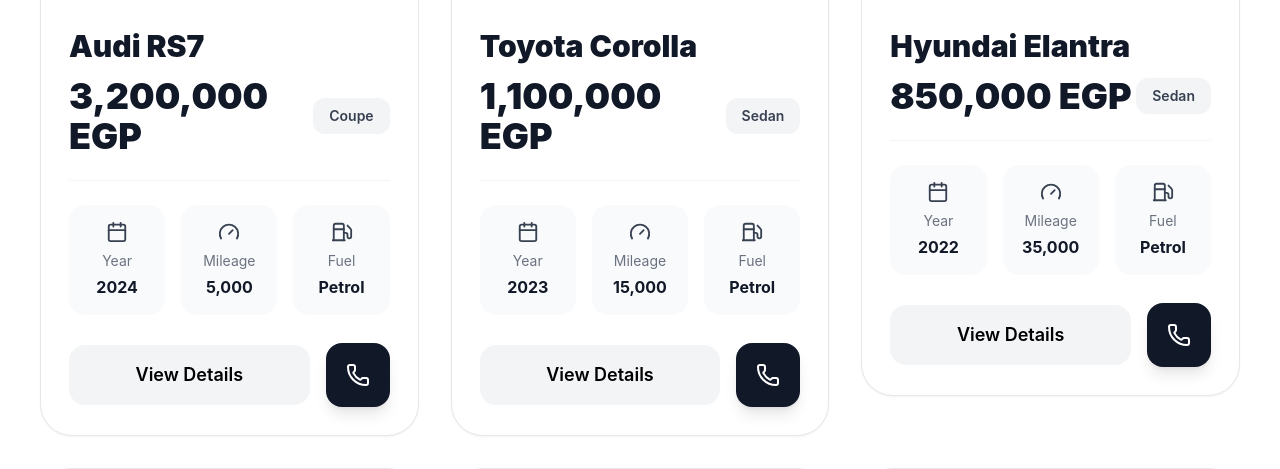
Repository: Hazem-Amr/Car-Price-Prediction
Page: / (app in frontend/)
An editor plug-in stored every save of this project. The page is shown before and after the next save, followed by the edit.
The browser window is 1280 px wide. The pictures show the part of the page from y = 2647 to 3116 px (the page is 7592 px tall).
Pictures or frames that could not be fetched are drawn as grey boxes. The project was rebuilt for these pictures with package versions that can differ from the ones it lists, and the page was loaded fresh each time. Also part of the build but not shown: frontend/vite.config.js, frontend/src/components/PricePredictorSection.jsx, frontend/src/data/userListings.js, frontend/src/components/CarsFilter.jsx, frontend/src/pages/Cars.jsx, frontend/src/pages/CarDetails.jsx, frontend/src/pages/Brands.jsx, frontend/src/pages/About.jsx and 5 more.

Above is the page before, as saved 2026-05-27 23:15:20.

### frontend/index.html
<!doctype html>
<html lang="en">
  <head>
    <meta charset="UTF-8" />
    <link rel="icon" type="image/svg+xml" href="/favicon.svg" />
    <meta name="viewport" content="width=device-width, initial-scale=1.0" />
    <title>Tara</title>
  </head>
  <body>
    <div id="root"></div>
    <script type="module" src="/src/main.jsx"></script>
  </body>
</html>

### frontend/src/App.jsx
import React from "react";
import { Routes, Route } from "react-router-dom";
import MainLayout from "./layouts/MainLayout";
import Home from "./pages/Home";
import Cars from "./pages/Cars";
import CarDetails from "./pages/CarDetails";
import Brands from "./pages/Brands";
import About from "./pages/About";
import Contact from "./pages/Contact";
import PricePredictor from "./pages/PricePredictor";
import SellCar from "./pages/SellCar";

export default function App() {
  return (
    <Routes>
      <Route path="/" element={<MainLayout />}>
        <Route index element={<Home />} />
        <Route path="/cars" element={<Cars />} />
        <Route path="/cars/:id" element={<CarDetails />} />
        <Route path="/brands" element={<Brands />} />
        <Route path="/price-predictor" element={<PricePredictor />} />
        <Route path="/sell-car" element={<SellCar />} />
        <Route path="/about" element={<About />} />
        <Route path="/contact" element={<Contact />} />
      </Route>
    </Routes>
  );
}

### frontend/src/index.css
@tailwind base;
@tailwind components;
@tailwind utilities;

html,
body,
#root {
  width: 100%;
  min-height: 100%;
  margin: 0;
  padding: 0;
  overflow-x: hidden;
}

body {
  font-family: Inter, sans-serif;
  background: #ffffff;
}

* {
  box-sizing: border-box;
}

### frontend/src/layouts/MainLayout.jsx
import React from "react";
import { Outlet } from "react-router-dom";
import Navbar from "../components/Navbar";
import Footer from "../components/Footer";

export default function MainLayout() {
  return (
    <div className="w-full min-h-screen bg-white overflow-x-hidden">
      <Navbar />

      <main className="w-full">
        <Outlet />
      </main>

      <Footer />
    </div>
  );
}

### frontend/src/pages/Home.jsx
import Hero from "../components/Hero";
import SearchBar from "../components/SearchBar";
import FeaturedCars from "../components/FeaturedCars";
import BrandGrid from "../components/BrandGrid";
import StatsSection from "../components/StatsSection";
import CTASection from "../components/CTASection";
import PricePredictor from "../components/PricePredictorSection";
import BrowseCategories from "../components/BrowseCategories";

export default function Home() {
  return (
    <>
      <Hero />
      <SearchBar />
      <BrowseCategories />
      <FeaturedCars />
      <BrandGrid />
      <StatsSection />
      <CTASection />
    </>
  );
}

### frontend/src/components/Navbar.jsx
import React, { useState } from "react";
import { Link, NavLink } from "react-router-dom";
import { Menu, X } from "lucide-react";
import logo from "../assets/logo.png";

const navLinks = [
  {
    name: "Home",
    path: "/",
  },

  {
    name: "Cars",
    path: "/cars",
  },

  {
    name: "Brands",
    path: "/brands",
  },

  {
    name: "AI Pricing",
    path: "/price-predictor",
  },

  {
    name: "About",
    path: "/about",
  },

  {
    name: "Contact",
    path: "/contact",
  },
];

export default function Navbar() {
  const [isOpen, setIsOpen] = useState(false);

  return (
    <header className="fixed top-0 left-0 w-full z-50 bg-white/90 backdrop-blur-xl border-b border-gray-100">
      <div className="max-w-[1400px] mx-auto px-6 md:px-10">
        <div className="flex items-center justify-between h-24">
          {/* Logo */}
          <Link to="/" className="flex items-center">
            <img src={logo} alt="Tara Logo" className="h-14 object-contain" />
          </Link>

          {/* Desktop Nav */}
          <nav className="hidden lg:flex items-center gap-10">
            {navLinks.map((link) => (
              <NavLink
                key={link.name}
                to={link.path}
                className={({ isActive }) =>
                  `text-lg font-semibold transition-all duration-300 ${
                    isActive
                      ? "text-gray-900"
                      : "text-gray-500 hover:text-gray-900"
                  }`
                }
              >
                {link.name}
              </NavLink>
            ))}

            {/* CTA */}
            <Link to="/sell-car">
              <button className="bg-gray-900 hover:bg-black text-white px-7 py-3 rounded-2xl font-semibold transition-all duration-300 shadow-lg">
                Sell Your Car
              </button>
            </Link>
          </nav>

          {/* Mobile Menu Button */}
          <button
            onClick={() => setIsOpen(!isOpen)}
            className="lg:hidden w-12 h-12 rounded-2xl bg-gray-100 flex items-center justify-center"
          >
            {isOpen ? (
              <X size={26} className="text-gray-900" />
            ) : (
              <Menu size={26} className="text-gray-900" />
            )}
          </button>
        </div>
      </div>

      {/* Mobile Menu */}
      {isOpen && (
        <div className="lg:hidden bg-white border-t border-gray-100 shadow-xl">
          <div className="px-6 py-8 flex flex-col gap-5">
            {navLinks.map((link) => (
              <NavLink
                key={link.name}
                to={link.path}
                onClick={() => setIsOpen(false)}
                className={({ isActive }) =>
                  `text-lg font-semibold transition ${
                    isActive
                      ? "text-gray-900"
                      : "text-gray-500 hover:text-gray-900"
                  }`
                }
              >
                {link.name}
              </NavLink>
            ))}

            {/* Mobile CTA */}
            <Link to="/sell-car" onClick={() => setIsOpen(false)}>
              <button className="mt-4 w-full bg-gray-900 hover:bg-black text-white h-14 rounded-2xl font-semibold transition">
                Sell Your Car
              </button>
            </Link>
          </div>
        </div>
      )}
    </header>
  );
}

### frontend/src/components/Hero.jsx
import React from "react";
import { Link } from "react-router-dom";

export default function Hero() {
  return (
    <section className="w-full bg-[#f5f5f7] py-24 overflow-hidden">
      <div className="max-w-[1400px] mx-auto px-6 md:px-10 grid lg:grid-cols-2 gap-16 items-center">
        <div>
          <h1 className="text-6xl font-black leading-tight text-gray-900 mb-8">
            Find Your
            <br />
            Perfect Car
          </h1>

          <p className="text-xl text-gray-600 leading-9 mb-10">
            Buy and sell used cars easily with a modern marketplace experience.
          </p>

          <Link to="/cars">
            <button className="bg-[#111827] hover:bg-black text-white px-8 py-5 rounded-2xl text-lg font-semibold transition-all duration-300 shadow-lg">
              Browse Cars
            </button>
          </Link>
        </div>

        <div>
          <img
            src="https://images.unsplash.com/photo-1492144534655-ae79c964c9d7"
            alt="car"
            className="w-full h-[500px] object-cover rounded-[40px] shadow-2xl"
          />
        </div>
      </div>
    </section>
  );
}

### frontend/src/components/SearchBar.jsx
import React, { useState } from "react";
import { Search } from "lucide-react";
import { useNavigate } from "react-router-dom";

import { cars } from "../data/cars";

export default function SearchBar() {
  const [search, setSearch] = useState("");
  const [brand, setBrand] = useState("");

  const navigate = useNavigate();

  // Dynamic Brands From cars.js
  const brands = [...new Set(cars.map((car) => car.name.split(" ")[0]))];

  // Handle Search
  const handleSearch = () => {
    navigate(
      `/cars?search=${encodeURIComponent(
        search,
      )}&brand=${encodeURIComponent(brand)}`,
    );
  };

  return (
    <section className="relative -mt-16 z-20">
      <div className="max-w-[1200px] mx-auto px-6">
        {/* Container */}
        <div className="bg-white rounded-[32px] shadow-2xl border border-gray-100 p-6 md:p-8">
          {/* Search Grid */}
          <div className="grid grid-cols-1 md:grid-cols-4 gap-5 items-center">
            {/* Search Input */}
            <div className="md:col-span-2">
              <input
                type="text"
                placeholder="Search cars..."
                value={search}
                onChange={(e) => setSearch(e.target.value)}
                onKeyDown={(e) => e.key === "Enter" && handleSearch()}
                className="w-full h-16 rounded-2xl border border-gray-200 px-6 text-lg outline-none focus:border-gray-900 transition"
              />
            </div>

            {/* Dynamic Brand Select */}
            <select
              value={brand}
              onChange={(e) => setBrand(e.target.value)}
              className="h-16 rounded-2xl border border-gray-200 px-5 text-lg outline-none focus:border-gray-900 transition bg-white"
            >
              <option value="">Brand</option>

              {brands.map((brandName) => (
                <option key={brandName} value={brandName}>
                  {brandName}
                </option>
              ))}
            </select>

            {/* Search Button */}
            <button
              onClick={handleSearch}
              className="h-16 rounded-2xl bg-gray-900 hover:bg-black transition text-white font-semibold text-lg flex items-center justify-center gap-3 shadow-lg"
            >
              <Search size={22} />
              Search
            </button>
          </div>

          {/* Bottom Filters */}
          <div className="flex flex-wrap items-center gap-4 mt-6">
            <button
              onClick={() => navigate("/cars?search=suv")}
              className="px-5 py-2 rounded-full bg-gray-100 hover:bg-gray-900 hover:text-white transition font-medium"
            >
              SUV
            </button>

            <button
              onClick={() => navigate("/cars?search=sedan")}
              className="px-5 py-2 rounded-full bg-gray-100 hover:bg-gray-900 hover:text-white transition font-medium"
            >
              Sedan
            </button>

            <button
              onClick={() => navigate("/cars?search=automatic")}
              className="px-5 py-2 rounded-full bg-gray-100 hover:bg-gray-900 hover:text-white transition font-medium"
            >
              Automatic
            </button>

            <button
              onClick={() => navigate("/cars")}
              className="px-5 py-2 rounded-full bg-gray-100 hover:bg-gray-900 hover:text-white transition font-medium"
            >
              Used Cars
            </button>
          </div>
        </div>
      </div>
    </section>
  );
}

### frontend/src/components/FeaturedCars.jsx
import React, { useState } from "react";
import { Link } from "react-router-dom";
import CarCard from "./CarCard";
import { cars } from "../data/cars";

const tabs = [
  {
    id: "all",
    label: "Featured Cars",
  },

  {
    id: "latest",
    label: "Latest Listings",
  },

  {
    id: "luxury",
    label: "Luxury Cars",
  },

  {
    id: "budget",
    label: "Budget Cars",
  },
];

export default function FeaturedCars() {
  const [activeTab, setActiveTab] = useState("all");

  const filteredCars =
    activeTab === "all"
      ? cars
      : cars.filter((car) => car.category === activeTab);

  return (
    <section className="py-24 bg-white">
      <div className="max-w-[1400px] mx-auto px-6 md:px-10">
        {/* Header */}
        <div className="flex flex-col lg:flex-row lg:items-center lg:justify-between gap-8 mb-14">
          {/* Title */}
          <div>
            <h2 className="text-5xl font-black text-gray-900 mb-4">
              Explore Cars
            </h2>

            <p className="text-xl text-gray-500">
              Discover premium listings tailored for you
            </p>
          </div>

          {/* Tabs */}
          <div className="flex flex-wrap gap-4">
            {tabs.map((tab) => (
              <button
                key={tab.id}
                onClick={() => setActiveTab(tab.id)}
                className={`px-6 py-3 rounded-2xl font-semibold transition-all duration-300 ${
                  activeTab === tab.id
                    ? "bg-gray-900 text-white shadow-lg"
                    : "bg-gray-100 text-gray-700 hover:bg-gray-100 hover:text-gray-900"
                }`}
              >
                {tab.label}
              </button>
            ))}
          </div>
        </div>

        {/* Cars Grid */}
        <div className="grid grid-cols-1 md:grid-cols-2 xl:grid-cols-3 gap-8">
          {filteredCars.map((car) => (
            <div
              key={car.id}
              className="hover:-translate-y-2 transition duration-300"
            >
              <CarCard car={car} />
            </div>
          ))}
        </div>

        {/* Bottom CTA */}
        <div className="flex justify-center mt-16">
          <Link to="/cars">
            <button className="bg-gray-100 hover:bg-gray-900 hover:text-white transition-all duration-300 px-8 py-4 rounded-2xl font-semibold text-lg">
              View All Cars
            </button>
          </Link>
        </div>
      </div>
    </section>
  );
}

### frontend/src/components/StatsSection.jsx
import React from "react";
import { Car, Users, BadgeCheck, Headphones } from "lucide-react";

const stats = [
  {
    value: "25K+",
    label: "Cars Listed",
    icon: Car,
  },
  {
    value: "10K+",
    label: "Happy Clients",
    icon: Users,
  },
  {
    value: "120+",
    label: "Brands",
    icon: BadgeCheck,
  },
  {
    value: "24/7",
    label: "Support",
    icon: Headphones,
  },
];

export default function StatsSection() {
  return (
    <section className="py-24 bg-[#f5f5f7]">
      <div className="max-w-[1400px] mx-auto px-6 md:px-10">
        {/* Header */}
        <div className="text-center mb-16">
          <h2 className="text-5xl font-black text-gray-900 mb-5">
            Trusted By Thousands
          </h2>

          <p className="text-xl text-gray-500">
            Egypt's leading car marketplace platform
          </p>
        </div>

        {/* Stats */}
        <div className="grid grid-cols-1 sm:grid-cols-2 lg:grid-cols-4 gap-8">
          {stats.map((item) => {
            const Icon = item.icon;

            return (
              <div
                key={item.label}
                className="bg-white rounded-3xl p-10 shadow-sm border border-gray-100 hover:shadow-2xl hover:-translate-y-2 transition-all duration-300"
              >
                {/* Icon */}
                <div className="w-16 h-16 rounded-2xl bg-gray-100 flex items-center justify-center mb-8">
                  <Icon size={32} className="text-gray-900" />
                </div>

                {/* Number */}
                <h3 className="text-5xl font-black text-gray-900 mb-4">
                  {item.value}
                </h3>

                {/* Label */}
                <p className="text-gray-500 text-lg">{item.label}</p>
              </div>
            );
          })}
        </div>
      </div>
    </section>
  );
}

### frontend/src/components/CTASection.jsx
import React from "react";
import { Link } from "react-router-dom";
import ctaCar from "../assets/cta-car.png";

export default function CTASection() {
  return (
    <section className="py-24 bg-white overflow-hidden">
      <div className="max-w-[1400px] mx-auto px-6 md:px-10">
        {/* CTA Card */}
        <div className="relative overflow-hidden rounded-[40px] bg-gradient-to-br from-[#0f172a] via-[#111827] to-[#1e293b] px-10 py-20 md:px-20">
          {/* Background Glow */}
          <div className="absolute top-0 right-0 w-[500px] h-[500px] bg-blue-500/10 rounded-full blur-3xl"></div>

          {/* Grid */}
          <div className="relative z-10 grid lg:grid-cols-2 gap-10 items-center">
            {/* LEFT CONTENT */}
            <div>
              {/* Badge */}
              <div className="inline-flex items-center gap-2 bg-white/10 backdrop-blur px-5 py-2 rounded-full text-white text-sm font-medium mb-8">
                Premium Marketplace
              </div>

              {/* Heading */}
              <h2 className="text-5xl md:text-6xl font-black text-white leading-tight mb-8">
                Ready To Find
                <br />
                Your Dream Car?
              </h2>

              {/* Text */}
              <p className="text-xl text-gray-300 leading-9 mb-12 max-w-2xl">
                Browse thousands of verified premium listings from trusted
                dealers across Egypt.
              </p>

              {/* Buttons */}
              <div className="flex flex-wrap gap-5">
                {/* Explore Cars */}
                <Link to="/cars">
                  <button className="bg-white text-gray-900 hover:bg-gray-200 transition-all duration-300 px-8 py-5 rounded-2xl text-lg font-semibold shadow-xl">
                    Explore Cars
                  </button>
                </Link>

                {/* Sell Your Car */}
                <Link to="/sell-car">
                  <button className="bg-white/10 hover:bg-white hover:text-gray-900 text-white transition-all duration-300 px-8 py-5 rounded-2xl text-lg font-semibold backdrop-blur border border-white/10">
                    Sell Your Car
                  </button>
                </Link>
              </div>
            </div>

            {/* RIGHT SIDE */}
            <div className="relative hidden lg:flex items-center justify-center">
              {/* Large Glow */}
              <div className="absolute w-[500px] h-[500px] bg-blue-500/20 blur-3xl rounded-full"></div>

              {/* Car PNG */}
              <img
                src={ctaCar}
                alt="Luxury Car"
                className="relative z-10 w-[720px] object-contain drop-shadow-[0_40px_80px_rgba(0,0,0,0.55)] hover:scale-105 transition duration-700"
              />

              {/* Floating Card */}
              <div className="absolute bottom-10 left-0 bg-white rounded-3xl px-6 py-5 shadow-2xl z-20">
                <p className="text-gray-500 text-sm mb-1">Premium Listings</p>

                <h3 className="text-4xl font-black text-gray-900">25K+</h3>
              </div>

              {/* Floating Badge */}
              <div className="absolute top-16 right-10 bg-white/10 backdrop-blur border border-white/10 text-white px-5 py-3 rounded-2xl z-20">
                Verified Dealers
              </div>
            </div>
          </div>
        </div>
      </div>
    </section>
  );
}

### frontend/src/data/cars.js
export const cars = [
  {
    id: 1,
    name: "BMW X5 2024",
    price: "6,850,000 EGP",
    image:
      "https://media.ed.edmunds-media.com/bmw/x5/2024/oem/2024_bmw_x5_4dr-suv_xdrive40i_fq_oem_1_815.jpg",
    year: 2024,
    km: "10,000",
    transmission: "Automatic",
    bodyType: "SUV",
    fuelType: "Petrol",
    color: "Blue",
    condition: "Excellent",
    phone: "+201012345678",
  },

  {
    id: 2,
    name: "Mercedes C200",
    price: "4,200,000 EGP",
    image:
      "https://legion-images.hatla2ee.com/original_image/3497b43a-1a5c-475b-a8b5-821b7f71e9b2/large.jpg",
    year: 2023,
    km: "20,000",
    transmission: "Automatic",
    bodyType: "Sedan",
    fuelType: "Petrol",
    color: "White",
    condition: "Excellent",
    phone: "+201098765432",
  },

  {
    id: 3,
    name: "Kia Sportage",
    price: "1,850,000 EGP",
    image: "https://cdn.motor1.com/images/mgl/133GM/s1/2022-kia-sportage.jpg",
    year: 2022,
    km: "40,000",
    transmission: "Automatic",
    bodyType: "SUV",
    fuelType: "Petrol",
    color: "Gray",
    condition: "Good",
    phone: "+201011122233",
  },

  {
    id: 4,
    name: "Audi RS7",
    price: "3,200,000 EGP",
    image:
      "https://platform.cstatic-images.com/in/v2/stock_photos/72330740-8105-498b-987c-46354017d84c/c6452ec9-9a91-4b72-b6c9-63858634519f.png",
    year: 2024,
    km: "5,000",
    transmission: "Automatic",
    bodyType: "Coupe",
    fuelType: "Petrol",
    color: "Red",
    condition: "Excellent",
    phone: "+201055566677",
  },

  {
    id: 5,
    name: "Toyota Corolla",
    price: "1,100,000 EGP",
    image: "https://images.unsplash.com/photo-1494905998402-395d579af36f",
    year: 2023,
    km: "15,000",
    transmission: "Automatic",
    bodyType: "Sedan",
    fuelType: "Petrol",
    color: "Silver",
    condition: "Excellent",
    phone: "+201022233344",
  },

  {
    id: 6,
    name: "Hyundai Elantra",
    price: "850,000 EGP",
    image: "https://images.unsplash.com/photo-1549399542-7e3f8b79c341",
    year: 2022,
    km: "35,000",
    transmission: "Automatic",
    bodyType: "Sedan",
    fuelType: "Petrol",
    color: "Blue",
    condition: "Good",
    phone: "+201077788899",
  },

  {
    id: 7,
    name: "Porsche Cayenne",
    price: "4,100,000 EGP",
    image: "https://images.unsplash.com/photo-1502161254066-6c74afbf07aa",
    year: 2024,
    km: "2,000",
    transmission: "Automatic",
    bodyType: "SUV",
    fuelType: "Petrol",
    color: "Black",
    condition: "Excellent",
    phone: "+201066677788",
  },

  {
    id: 8,
    name: "Range Rover Sport",
    price: "5,300,000 EGP",
    image: "https://images.unsplash.com/photo-1511919884226-fd3cad34687c",
    year: 2024,
    km: "1,000",
    transmission: "Automatic",
    bodyType: "SUV",
    fuelType: "Hybrid",
    color: "White",
    condition: "Excellent",
    phone: "+201044455566",
  },

  {
    id: 9,
    name: "Nissan Sunny",
    price: "690,000 EGP",
    image: "https://images.unsplash.com/photo-1489824904134-891ab64532f1",
    year: 2021,
    km: "55,000",
    transmission: "Automatic",
    bodyType: "Sedan",
    fuelType: "Petrol",
    color: "Silver",
    condition: "Fair",
    phone: "+201099988877",
  },

  {
    id: 10,
    name: "Chevrolet Captiva",
    price: "980,000 EGP",
    image: "https://images.unsplash.com/photo-1494976388531-d1058494cdd8",
    year: 2023,
    km: "18,000",
    transmission: "Automatic",
    bodyType: "SUV",
    fuelType: "Petrol",
    color: "Gray",
    condition: "Excellent",
    phone: "+201033344455",
  },

  {
    id: 11,
    name: "Tesla Model S",
    price: "3,900,000 EGP",
    image: "https://images.unsplash.com/photo-1503736334956-4c8f8e92946d",
    year: 2024,
    km: "3,000",
    transmission: "Automatic",
    bodyType: "Sedan",
    fuelType: "Electric",
    color: "Black",
    condition: "Excellent",
    phone: "+201088899900",
  },

  {
    id: 12,
    name: "Volkswagen Golf GTI",
    price: "1,450,000 EGP",
    image: "https://images.unsplash.com/photo-1544636331-e26879cd4d9b",
    year: 2022,
    km: "25,000",
    transmission: "Automatic",
    bodyType: "Hatchback",
    fuelType: "Petrol",
    color: "Red",
    condition: "Good",
    phone: "+201011199988",
  },
];

Loaded but not shown: frontend/src/main.jsx (common file); frontend/tailwind.config.js (common file); frontend/src/components/BrandGrid.jsx (154 lines, source omitted); frontend/src/components/Footer.jsx (125 lines, source omitted); frontend/src/components/CarCard.jsx (112 lines, source omitted); frontend/src/components/BrowseCategories.jsx (160 lines, source omitted)

After the next save:
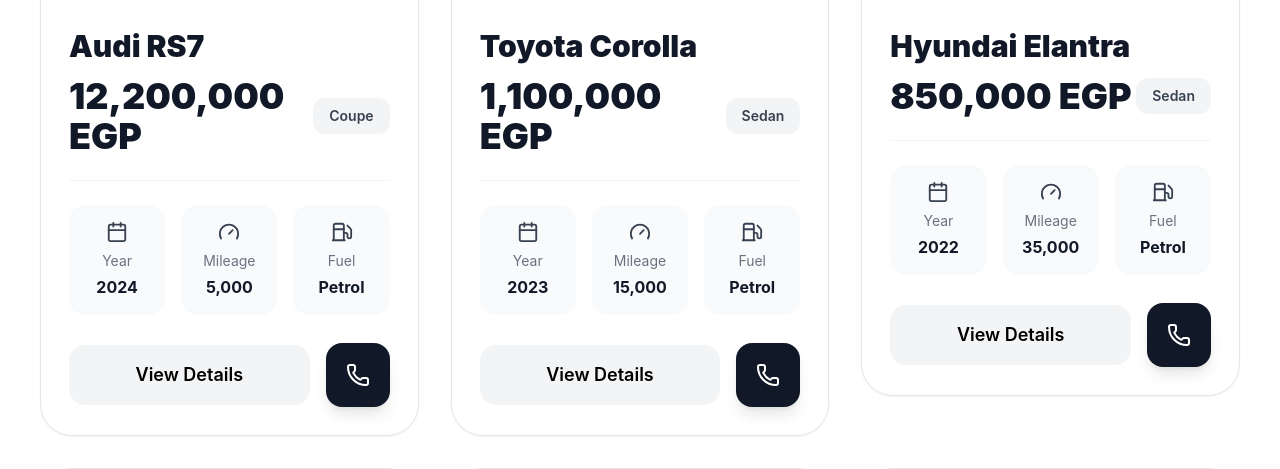
Saved 106 s later.
--- a/frontend/src/data/cars.js
+++ b/frontend/src/data/cars.js
@@ -49,7 +49,7 @@
   {
     id: 4,
     name: "Audi RS7",
-    price: "3,200,000 EGP",
+    price: "12,200,000 EGP",
     image:
       "https://platform.cstatic-images.com/in/v2/stock_photos/72330740-8105-498b-987c-46354017d84c/c6452ec9-9a91-4b72-b6c9-63858634519f.png",
     year: 2024,
